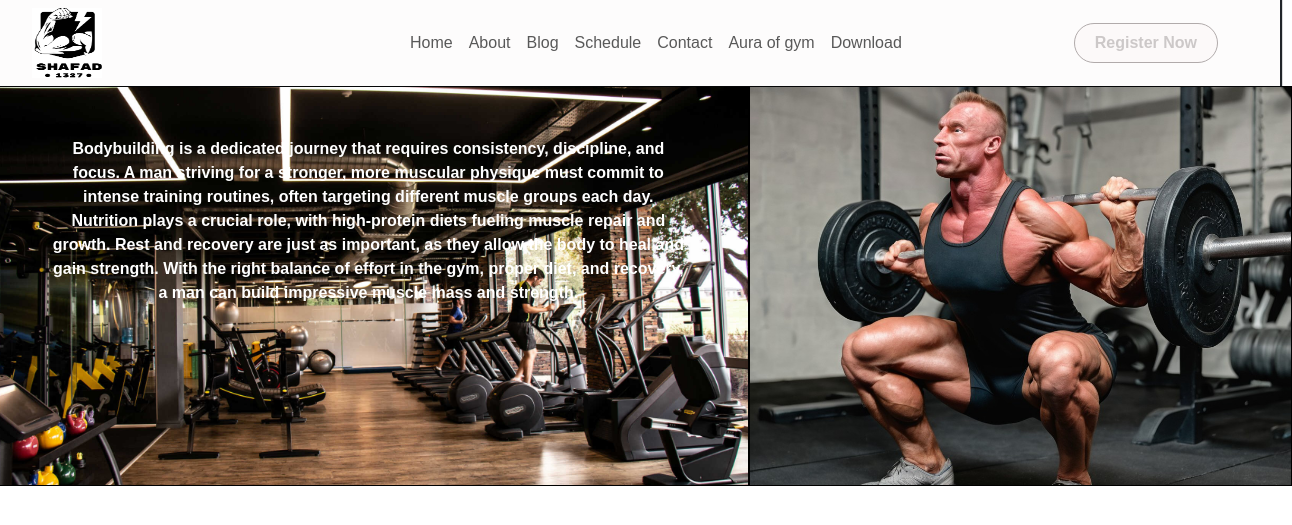
Repository: Daud-shafad/gymwebsite
Page: bootstrap-5.3.3-dist/bootstrap-5.3.3-dist/gym.html
These files come from the project's save history. The page is drawn as it stood at one moment and after the next save; the edit follows.
The browser window is 1280 px wide. The page is 1292 px wide, so the pictures cover 1292 px, including what lies to the right of the window. The pictures show the whole page.

Above is the page before, as saved 2024-12-28 13:39:55.

After the next save:
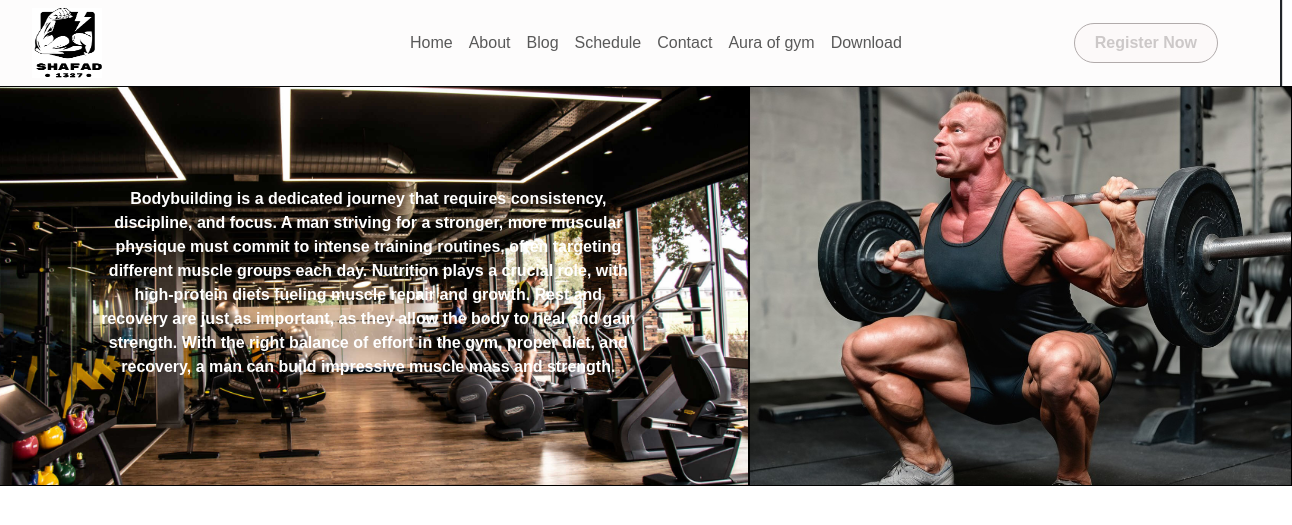
Saved 15 s later.
--- a/bootstrap-5.3.3-dist/bootstrap-5.3.3-dist/gym.css
+++ b/bootstrap-5.3.3-dist/bootstrap-5.3.3-dist/gym.css
@@ -49,7 +49,7 @@
     font-size: 16px;
     font-weight: 600;
     text-align: center;
-    padding: 50px;
+    padding: 100px;
     color: white;
 }
 
